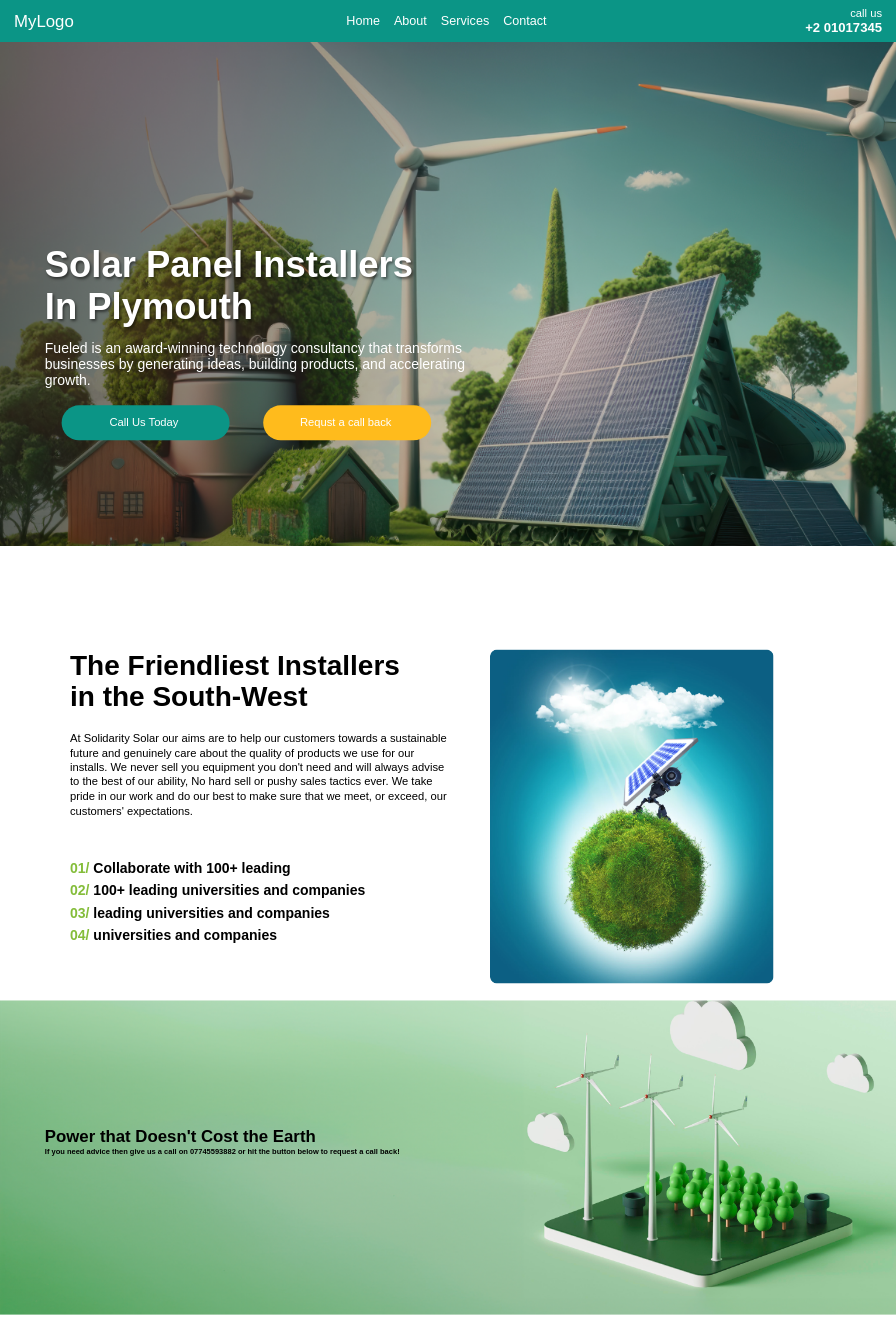
Repository: MaramNabil872/Landing-Page
Page: landingPage.html
The author's editor kept a copy of each file at every save. The page is drawn from the files as they stood at one save, then again after the next save.
The browser window is 1280 px wide. The pictures show the whole page, at 70% of full size.

Above is the page before, as saved 2024-10-20 21:39:50.

### landingPage.html
<!DOCTYPE html>
<html lang="en">
    <head>
        <meta charset="UTF-8" />
        <meta name="viewport" content="width=device-width, initial-scale=1.0" />
        <title>Landing Page</title>
        <link rel="stylesheet" href="landingPage.css" />
    </head>
    <body>
        <nav class="navbar">
            <div class="logo">MyLogo</div>

            <ul class="nav-links">
                <li><a href="#home">Home</a></li>
                <li><a href="#about">About</a></li>
                <li><a href="#services">Services</a></li>
                <li><a href="#contact">Contact</a></li>
            </ul>
            <div class="call">
                <p>call us</p>
                <h3>+2 01017345</h3>
            </div>
        </nav>

        <div class="image-container">
            <img
                src="images/solar-panels-meadow 1.png"
                alt="Background Image"
                class="background-image"
            />
            <div class="main-text">
                <h2 class="text-wallpaper">
                    Solar Panel Installers <br />
                    In Plymouth
                </h2>
                <br />
                <p class="text-paragraph">
                    Fueled is an award-winning technology consultancy that
                    transforms <br />
                    businesses by generating ideas, building products, and
                    accelerating<br />
                    growth.
                </p>
                <div class="button-container">
                    <button class="button-wallpaper1">Call Us Today</button>
                    <button class="button-wallpaper2">
                        Requst a call back
                    </button>
                </div>
            </div>
        </div>

        <!-- first container -->

        <div class="container1">
            <div class="text-container1">
                <p class="title-container1">
                    The Friendliest Installers <br />in the South-West
                </p>
                <p class="paragraph-container1">
                    At Solidarity Solar our aims are to help our customers
                    towards a sustainable future and genuinely care about the
                    quality of products we use for our installs. We never sell
                    you equipment you don't need and will always advise to the
                    best of our ability, No hard sell or pushy sales tactics
                    ever. We take pride in our work and do our best to make sure
                    that we meet, or exceed, our customers' expectations.
                </p>
                <div class="last-container1">
                    <p>
                        <span class="number-container1">01/ </span>Collaborate
                        with 100+ leading
                    </p>
                    <p>
                        <span class="number-container1">02/ </span> 100+ leading
                        universities and companies
                    </p>
                    <p>
                        <span class="number-container1">03/ </span> leading
                        universities and companies
                    </p>
                    <p>
                        <span class="number-container1">04/ </span> universities
                        and companies
                    </p>
                </div>
            </div>
            <div class="image-container1">
                <img src="images/Rectangle 30.png" alt="solar" />
            </div>
        </div>

        <!-- second section -->

        <div class="section2">
            <img src="images/middle.png" alt="img">
            <div class="main-text">
                <h2 c>Power that Doesn't Cost the Earth</h2>
              <h6 >If you need advice then give us a call on 07745593882 or hit the button below to request a call back!</h6>
            </div>
        </div>
    </body>
</html>

### landingPage.css
* {
    margin: 0;
    padding: 0;
    box-sizing: border-box; /* Added for consistent sizing */
}

body {
    font-family: Arial, sans-serif;
}
@media (max-width: 480px) {
    .text-overlay {
        font-size: 1.2rem; /* Even smaller text size for very small screens */
    }

    .call h3 {
        font-size: 1.2rem; /* Adjust call size for small screens */
    }
}

.navbar {
    background-color: #0b9586;
    display: flex;
    justify-content: space-between;
    align-items: center;
    padding: 10px 20px;
    position: relative;
    flex-wrap: wrap; /* Allow items to wrap on smaller screens */
}

.logo {
    color: #fff;
    font-size: 24px;
}

.nav-links {
    list-style: none;
    display: flex;
    flex-wrap: wrap; /* Allow links to wrap on smaller screens */
}

.nav-links li {
    margin-left: 20px;
}

.nav-links a {
    text-decoration: none;
    color: white;
    font-size: 18px;
    transition: color 0.3s;
}

.nav-links a:hover {
    color: #f0a500;
}

.call {
    color: #fff;
    text-align: right; /* Align text to the right */
}

.image-container {
    position: relative;
    width: 100%;
    height: 100vh;
    overflow: hidden;
}

.background-image {
    width: 100%;
    height: 100%;
    object-fit: cover;
}
.main-text{
    position: absolute;
    top: 40%;
    left:5%;
}
.text-wallpaper {


    color: white;
    font-size: 52px;
    font-weight: bold;
    text-shadow: 2px 2px 4px rgba(0, 0, 0, 0.5);
}
.text-paragraph{
    color: white;
    font-size:  20px;

}
.button-container{
    display: flex;
}
.button-wallpaper1 {
    background-color: #0b9586;
    color: white;
    border: none;
    border-radius: 20em;
    padding: 0.8em 1.5em 0.8em 1.2em;
    width: 40%;
    margin: 4%;
    height: 50px;
    font-size: 16px;
    cursor: pointer;
    align-items: center;

}
.button-wallpaper2 {
    background-color:  #FFBB1C;
    ;
    color: white;
    border: none;
    border-radius: 20em;
    padding: 0.8em 1.5em 0.8em 1.2em;
    width: 40%;
    margin: 4%;
    height: 50px;
    font-size: 16px;
    cursor: pointer;
    align-items: center;

}

.container1 {
    display: flex;
    background-color: white;
    padding-top: 10%;
    border-radius: 8px;
    max-width: 1200px;
    margin: 20px auto;


}
.title-container1{
    font-size: 40px;
    font-weight: bold;


}
.text-container1 {
   flex:1;
    padding-right:5%;
padding-left: 5%;}
.paragraph-container1{
    margin-top: 5%;
    line-height: 1.3;
}

.last-container1{
    font-size: 20px;
    font-weight: bold;
    padding-top: 10%;
    line-height: 1.6;
    .number-container1{
        color:#84BD3A;
        ;
    }
}
.image-container1 {
   flex:1
}

.image-container1 img {
    width: 75%;
    height: auto;
    border-radius: 8px;
}


.section2 {
    position: relative;
    width: 100%;
    overflow: hidden;
}

.section2 img {
    width: 100%;
    height: auto; }

.section2-text {
    position: absolute;
    top: 50%;
    left:5%;
    color: white;
    text-align: center;

}
/* Media Queries for Responsiveness */
@media (max-width: 768px) {
    .navbar {
        flex-direction: column; /* Stack items vertically */
        align-items: flex-start; /* Align items to the left */
    }

    .nav-links {
        margin-top: 10px; /* Space between navbar and links */
    }

    .nav-links li {
        margin-left: 0;
        margin-bottom: 10px; /* Space between links */
    }

    .text-overlay {
        font-size: 1.5rem; /* Smaller text size for mobile */
    }
}

After the next save:
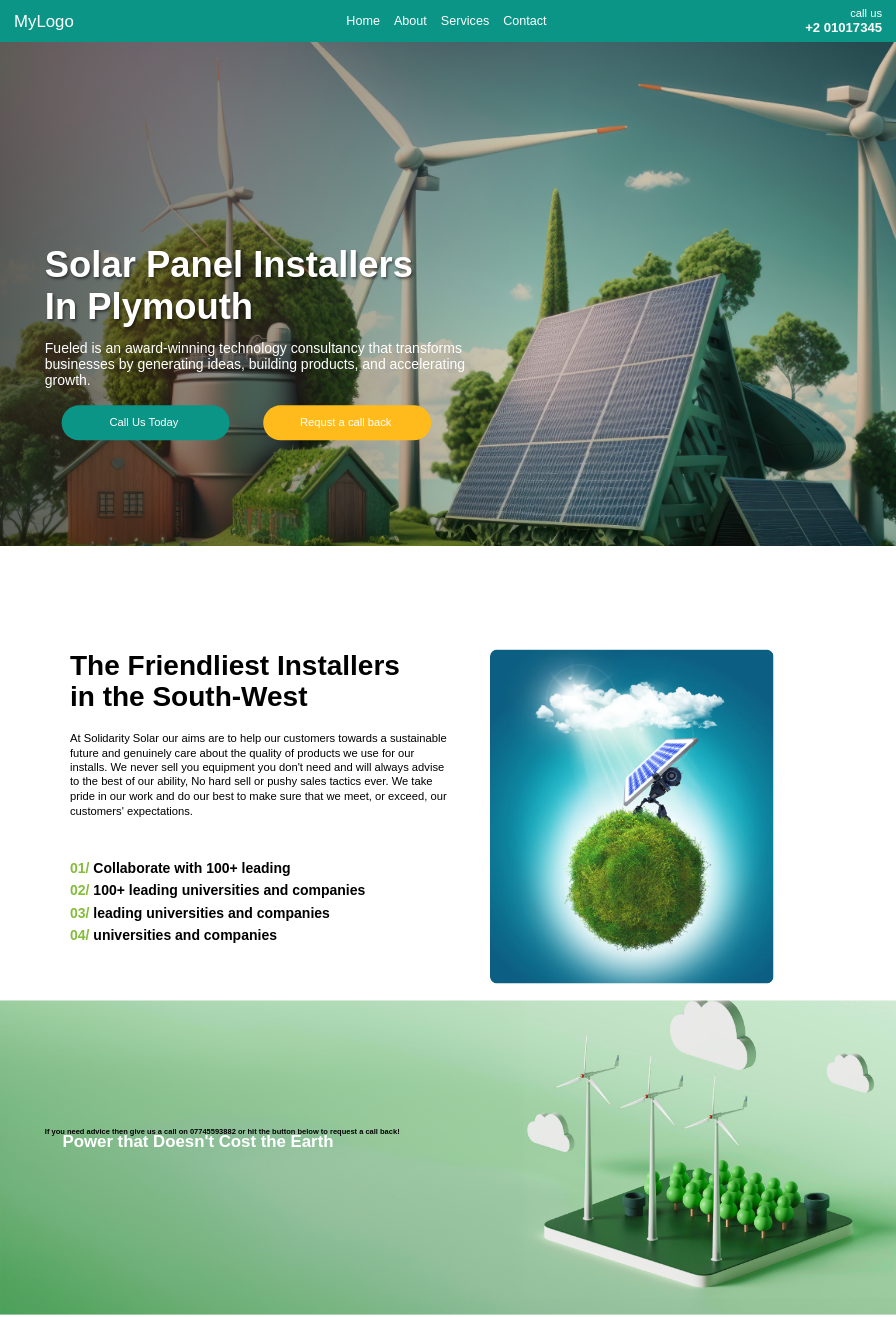
Saved 4 s later.
--- a/landingPage.html
+++ b/landingPage.html
@@ -95,7 +95,7 @@
         <div class="section2">
             <img src="images/middle.png" alt="img">
             <div class="main-text">
-                <h2 c>Power that Doesn't Cost the Earth</h2>
+                <h2 class="section2-text">Power that Doesn't Cost the Earth</h2>
               <h6 >If you need advice then give us a call on 07745593882 or hit the button below to request a call back!</h6>
             </div>
         </div>
